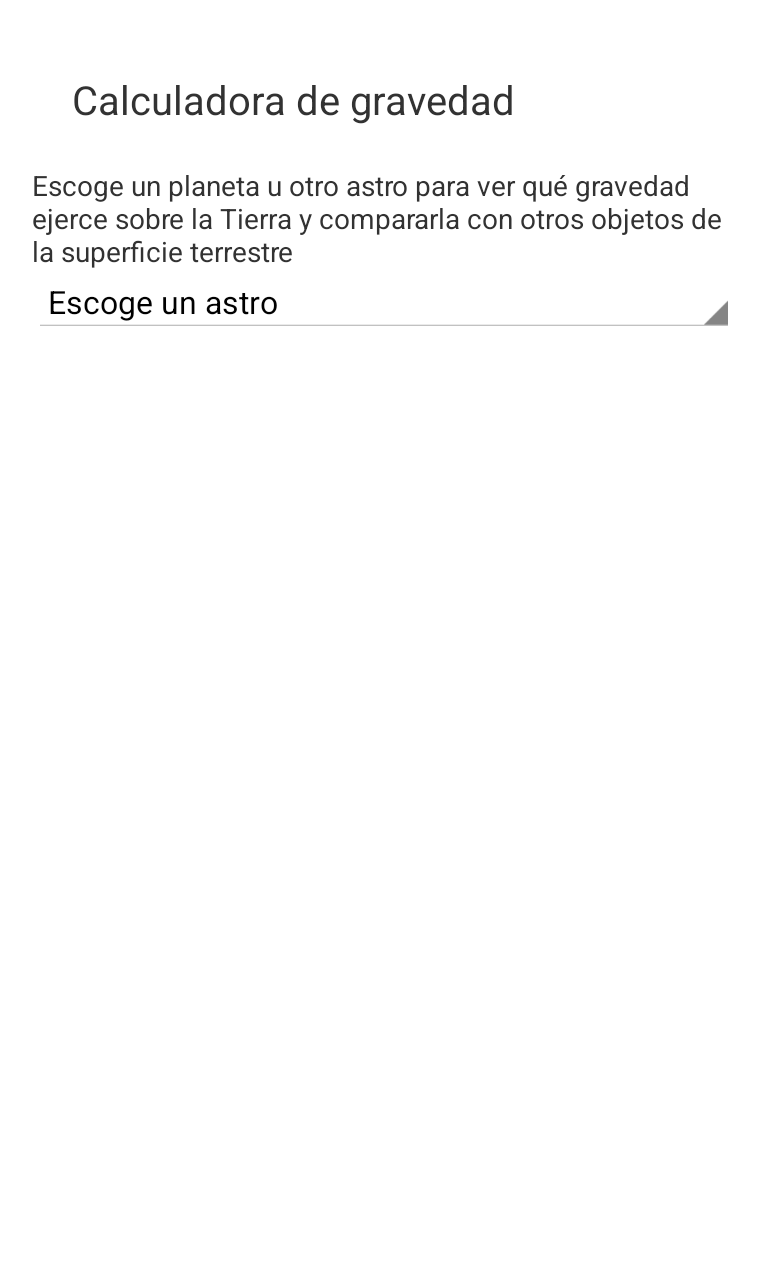
Repository: Jumax9/myPersonalNewton
Layout: MyPersonalNewton/res/layout/activity_main.xml
These files come from the project's save history. The layout is drawn as it stood at one moment and after a run of saves; the edit follows.
It is drawn on a 768 x 1280 px phone screen (xhdpi) without system bars, with theme AppTheme; the app's code is not run.

Above is the layout before, as saved 2014-03-15 12:15:28.

### MyPersonalNewton/res/layout/activity_main.xml
<RelativeLayout xmlns:android="http://schemas.android.com/apk/res/android"
    xmlns:tools="http://schemas.android.com/tools"
    android:layout_width="match_parent"
    android:layout_height="match_parent"
    android:paddingBottom="@dimen/activity_vertical_margin"
    android:paddingLeft="@dimen/activity_horizontal_margin"
    android:paddingRight="@dimen/activity_horizontal_margin"
    android:paddingTop="@dimen/activity_vertical_margin"
    tools:context=".MainActivity" >

    <LinearLayout
        android:layout_width="fill_parent"
        android:layout_height="wrap_content"
        android:layout_alignParentTop="True"
        android:orientation="vertical" >

        <TextView
            android:layout_width="fill_parent"
            android:layout_height="wrap_content"
            android:padding="20dp"
            android:text="@string/calculadora"
            android:textSize="20sp" >
        </TextView>

        <TextView
            android:layout_width="wrap_content"
            android:layout_height="wrap_content"
            android:text="@string/astro" />

        <Spinner
            android:id="@+id/spinnerPlanets"
            android:layout_width="fill_parent"
            android:layout_height="wrap_content"
            android:entries="@array/planet_array"
            android:prompt="@string/planet_prompt" />

        <!-- <EditText -->
        <!-- android:id="@+id/planetaNum" -->
        <!-- android:layout_width="fill_parent" -->
        <!-- android:layout_height="wrap_content" -->
        <!-- android:inputType="number" -->
        <!-- android:maxLength="6" > -->


        <!-- <requestFocus /> -->
        <!-- </EditText> -->

<!--         <Button -->
<!--             android:id="@+id/calcular" -->
<!--             android:layout_width="wrap_content" -->
<!--             android:layout_height="wrap_content" -->
<!--             android:layout_gravity="center" -->
<!--             android:layout_margin="20dp" -->
<!--             android:text="@string/calcular" /> -->
    </LinearLayout>

</RelativeLayout>

### MyPersonalNewton/res/values/strings.xml
<?xml version="1.0" encoding="utf-8"?>
<resources>

    <string name="app_name">My Gravity</string>
    <string name="action_settings">Settings</string>
    <string name="hello_world">Hello world!</string>
    <string name="calculadora">Calculadora de gravedad</string>
    <string name="invitacion">Introduce la altitud sobre el nivel del mar a la que se encuentra</string>
    <string name="calcular">Calcular</string>
    <string name="resultado">Resultado</string>
    <string name="jupiter">Jupiter</string>
    <string name="astro">Escoge un planeta u otro astro para ver qué gravedad ejerce sobre la Tierra y compararla con otros objetos de la superficie terrestre</string>
    <string name="oopartsEscoge">Escoge algún elemento de comparación</string>
    <string name="planet_prompt">Elige un astro</string>

    <string-array name="planet_array">
        <item>Escoge un astro</item>
        <item>0 - Sol</item>
        <item>1 - Mercurio</item>
        <item>2 - Venus</item>
        <item>3 - La Luna</item>
        <item>4 - Marte</item>
        <item>5 - Júpiter</item>
        <item>6 - Saturno</item>
        <item>7 - Urano</item>
        <item>8 - Neptuno</item>
    </string-array>

    <string name="ooparts_prompt"></string>

    <string-array name="ooparts_array">
        <item>Escoge una comparación</item>
        <item>Aneto</item>
        <item>Calvitero</item>
        <item>Mulhacén</item>
        <item>Peña Trevinca</item>
        <item>Pica d\'Estats</item>
        <item>Teide</item>
        <item>Teleno</item>
    </string-array>

</resources>

Loaded but not shown: MyPersonalNewton/res/values/styles.xml (common file); MyPersonalNewton/res/values-v11/styles.xml (common file); MyPersonalNewton/res/values-v14/styles.xml (common file); MyPersonalNewton/res/values/dimens.xml (common file)

After the next 2 saves:
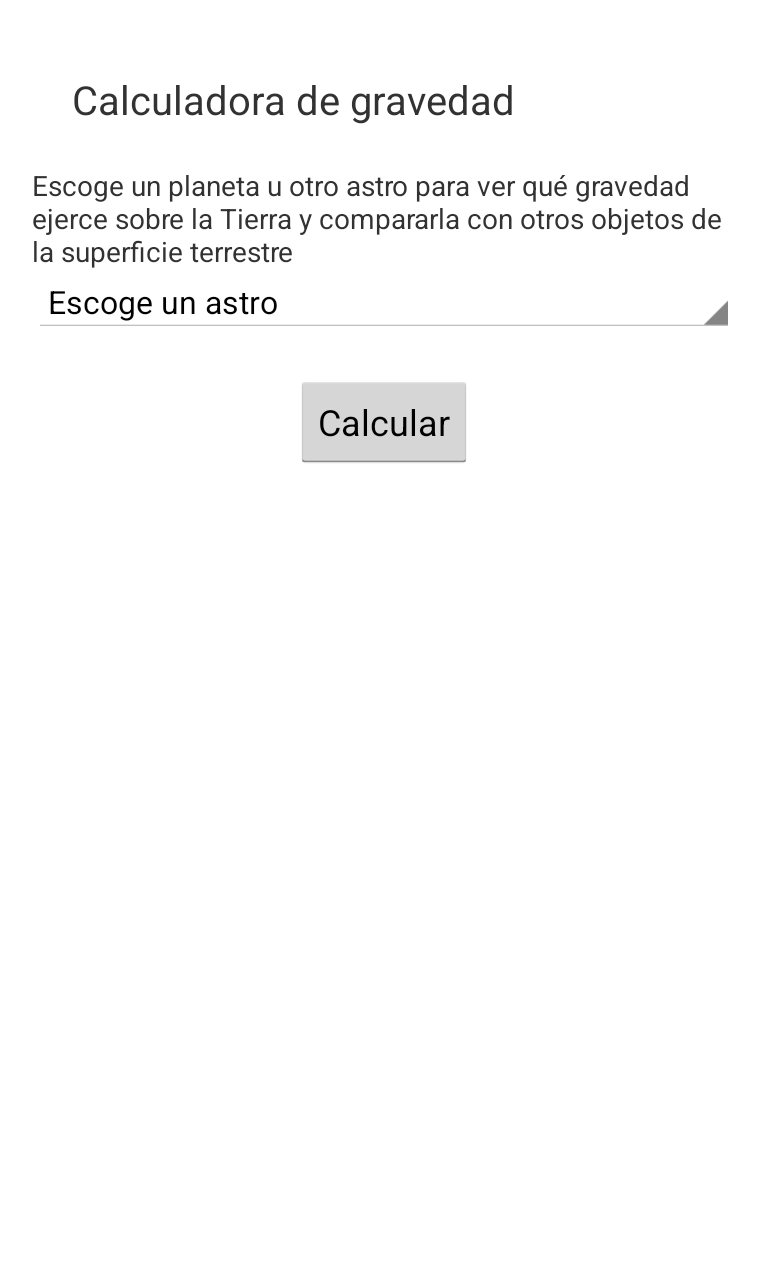
The 2 saves are shown as one change because they came seconds apart.
The last was saved 11 s later.
--- a/MyPersonalNewton/res/layout/activity_main.xml
+++ b/MyPersonalNewton/res/layout/activity_main.xml
@@ -43,15 +43,14 @@
 
 
         <!-- <requestFocus /> -->
-        <!-- </EditText> -->
+        <!-- </EditText> --><Button
+            android:id="@+id/calcular"
+            android:layout_width="wrap_content"
+            android:layout_height="wrap_content"
+            android:layout_gravity="center"
+            android:layout_margin="20dp"
+            android:text="@string/calcular" />
 
-<!--         <Button -->
-<!--             android:id="@+id/calcular" -->
-<!--             android:layout_width="wrap_content" -->
-<!--             android:layout_height="wrap_content" -->
-<!--             android:layout_gravity="center" -->
-<!--             android:layout_margin="20dp" -->
-<!--             android:text="@string/calcular" /> -->
     </LinearLayout>
 
 </RelativeLayout>
